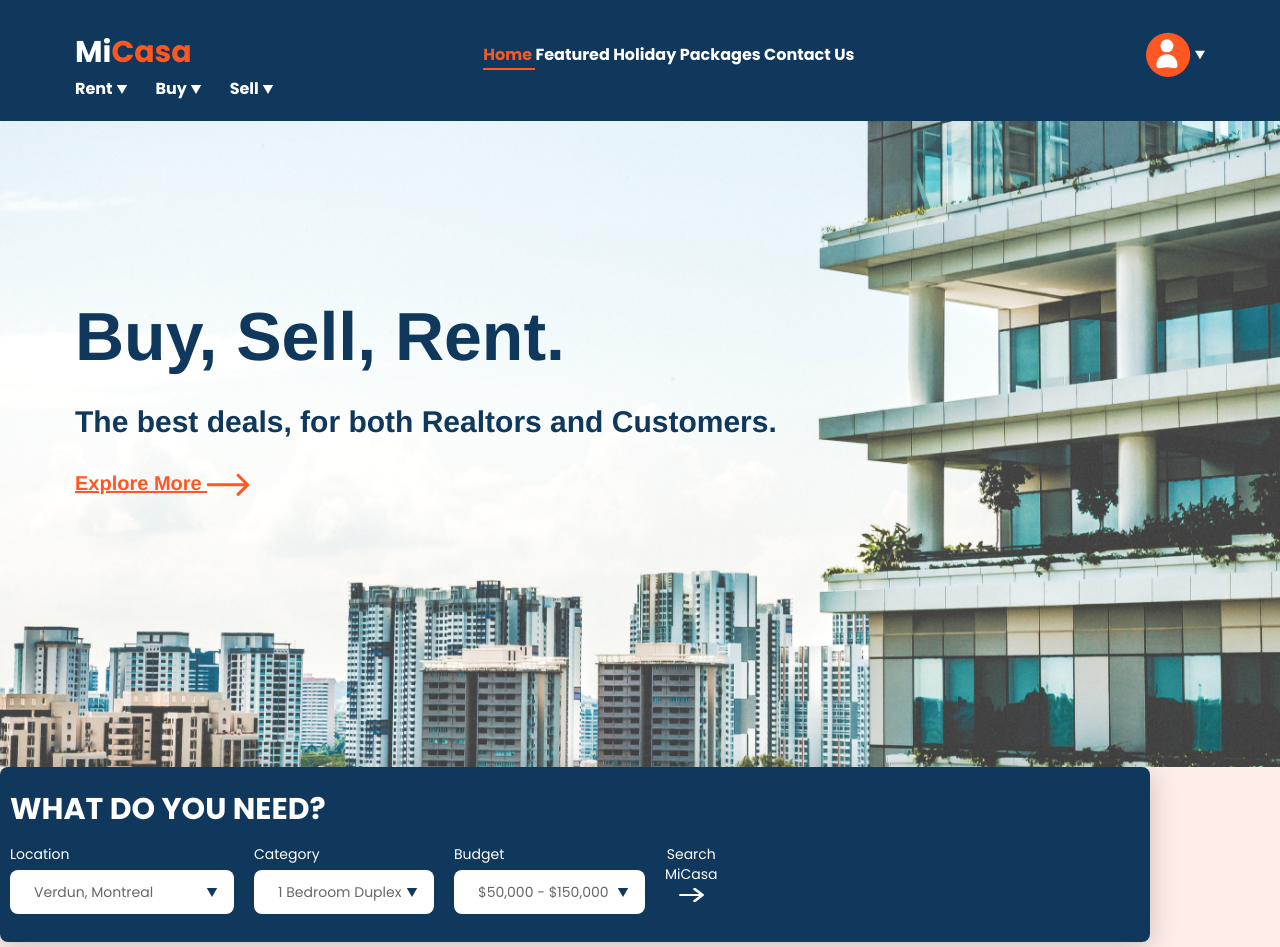
Repository: BenUnyolo/micasa-frontend
Page: index.html
An editor plug-in stored every save of this project. The page is shown before and after the next save, followed by the edit.
The browser window is 1280 px wide. The pictures show the whole page.

Above is the page before, as saved 2021-10-17 12:33:25.

### index.html
<!DOCTYPE html>
<html lang="en">
  <head>
    <meta charset="UTF-8" />
    <meta http-equiv="X-UA-Compatible" content="IE=edge" />
    <meta name="viewport" content="width=device-width, initial-scale=1.0" />
    <title>Document</title>
    <link rel="stylesheet" href="tailwind.css" />
  </head>
  <body>
    <!-- HEADER -->
    <header class="pt-8 pb-5 text-white bg-primary-600">
      <div class="inner-container">
        <!-- top row -->
        <div class="flex flex-row justify-between">
          <a
            href="/"
            class="inline-block text-3xl font-bold leading-10 font-poppins"
          >
            Mi<span class="text-secondary-600">Casa</span>
          </a>
          <nav class="flex items-center inline-block">
            <ul class="font-bold li-inline space-x-14 font-poppins">
              <li
                class="
                  text-secondary-600
                  border-b-2
                  pb-0.5
                  border-secondary-600
                "
              >
                <a href="/">Home</a>
              </li>
              <li><a href="#">Featured</a></li>
              <li><a href="#">Holiday Packages</a></li>
              <li><a href="#">Contact Us</a></li>
            </ul>
          </nav>
          <div class="flex flex-row items-center">
            <img src="assets/images/user_avatar.svg" alt="user avatar" />
            <svg
              width="14"
              height="12"
              viewBox="0 0 14 12"
              fill="none"
              xmlns="http://www.w3.org/2000/svg"
              class="pl-1"
            >
              <title>profile dropdown</title>
              <path d="M7 12L0.0717964 0H13.9282L7 12Z" fill="white" />
            </svg>
          </div>
        </div>
        <!-- bottom row -->
        <div>
          <ul class="space-x-6 font-bold li-inline font-poppins">
            <li>
              Rent
              <svg
                width="12"
                height="9"
                viewBox="0 0 12 9"
                fill="none"
                xmlns="http://www.w3.org/2000/svg"
                class="inline-block"
              >
                <path d="M6 9L0.803848 0H11.1962L6 9Z" fill="white" />
              </svg>
            </li>
            <li>
              Buy
              <svg
                width="12"
                height="9"
                viewBox="0 0 12 9"
                fill="none"
                xmlns="http://www.w3.org/2000/svg"
                class="inline-block"
              >
                <path d="M6 9L0.803848 0H11.1962L6 9Z" fill="white" />
              </svg>
            </li>
            <li>
              Sell
              <svg
                width="12"
                height="9"
                viewBox="0 0 12 9"
                fill="none"
                xmlns="http://www.w3.org/2000/svg"
                class="inline-block"
              >
                <path d="M6 9L0.803848 0H11.1962L6 9Z" fill="white" />
              </svg>
            </li>
          </ul>
        </div>
      </div>
    </header>
    <!-- HERO -->
    <div class="hero">
      <div class="flex inner-container">
        <div class="w-6/12">
          <h1 class="text-primary-600">Buy, Sell, Rent.</h1>
          <h2 class="mt-7.5 text-primary-600">
            The best deals, for both Realtors and Customers.
          </h2>
          <a
            href="#"
            class="
              inline-block
              mt-7.5
              text-secondary-600
              font-helvetica font-bold
              text-xl
              underline
            "
            >Explore More
            <svg
              width="43"
              height="23"
              viewBox="0 0 43 23"
              fill="none"
              xmlns="http://www.w3.org/2000/svg"
              class="inline-block"
            >
              <path
                d="M41.6936 12.9142C42.2794 12.3284 42.2794 11.3786 41.6936 10.7929L32.1477 1.24691C31.5619 0.661127 30.6122 0.661127 30.0264 1.24691C29.4406 1.8327 29.4406 2.78245 30.0264 3.36823L38.5117 11.8535L30.0264 20.3388C29.4406 20.9246 29.4406 21.8743 30.0264 22.4601C30.6122 23.0459 31.5619 23.0459 32.1477 22.4601L41.6936 12.9142ZM0.0714722 13.3535H40.633V10.3535H0.0714722V13.3535Z"
                fill="#FF5722"
              />
            </svg>
          </a>
        </div>
      </div>
    </div>
    <!-- SEARCH & HOW IT WORKS -->
    <div class="relative">
      <!-- what do you need -->
      <div
        class="absolute w-full pt-5 -mb-5 text-sm text-white rounded-lg  px-28 pb-7 font-poppins bg-primary-600 absolute-center inner-container -top-32"
        id="homepage-search"
      >
        <h3 class="leading-normal uppercase font-poppins">What do you need?</h3>
        <!-- search boxes -->
        <span class="inline-block w-full mt-3">
          <div class="flex flex-wrap -m-2.5">
            <!-- location -->
            <div class="w-1/3 p-2.5">
              <label for="location" class="block">Location</label>
              <select name="location" id="search-location">
                <option value="verdun-montreal">Verdun, Montreal</option>
                <option value="sthenri-montreal">Saint Henri, Montreal</option>
                <option value="littleburgundy-montreal">
                  Little Burgundy, Montreal
                </option>
              </select>
            </div>
            <!-- category -->
            <div class="w-1/3 p-2.5">
              <label for="category" class="block">Category</label>
              <select name="category" id="search-category">
                <option value="1br-duplex">1 Bedroom Duplex</option>
                <option value="2br-duplex">2 Bedroom Duplex</option>
                <option value="3br-duplex">3 Bedroom Duplex</option>
              </select>
            </div>
            <!-- category -->
            <div class="w-1/3 p-2.5">
              <label for="budget" class="block">Budget</label>
              <select name="budget" id="search-budget">
                <option value="50k-150k">$50,000 - $150,000</option>
                <option value="150k-250k">$150,001 - $250,000</option>
                <option value="250k-350k">$250,001 - $350,000</option>
              </select>
            </div>
            <!-- search button -->
            <div class="w-1/3 p-2.5 ml-auto">
              <div class="relative w-full">
                <button class="absolute btn">
                  Search MiCasa
                  <svg
                    width="25"
                    height="15"
                    viewBox="0 0 25 15"
                    fill="none"
                    xmlns="http://www.w3.org/2000/svg"
                    class="inline-block"
                  >
                    <path
                      d="M1.5625 8H20.0938L14.4219 12.36C14.2906 12.4611 14.1916 12.5778 14.1308 12.7034C14.0699 12.829 14.0483 12.961 14.0672 13.0919C14.1052 13.3564 14.3059 13.6003 14.625 13.77C14.9441 13.9397 15.3555 14.0214 15.7686 13.997C16.1818 13.9726 16.5629 13.8442 16.8281 13.64L24.6406 7.64C24.6932 7.59228 24.7402 7.54214 24.7812 7.49C24.7813 7.44 24.8594 7.41 24.8906 7.36C24.9614 7.24534 24.9985 7.12329 25 7C24.9985 6.87671 24.9614 6.75466 24.8906 6.64C24.8906 6.59 24.8125 6.56 24.7812 6.51C24.7402 6.45786 24.6932 6.40773 24.6406 6.36L16.8281 0.360002C16.6812 0.247119 16.4972 0.156339 16.2893 0.0941181C16.0814 0.0318971 15.8545 -0.000236672 15.625 1.91036e-06C15.2599 -0.000454603 14.9061 0.0809208 14.625 0.230002C14.4668 0.313951 14.336 0.417051 14.2401 0.533399C14.1443 0.649746 14.0852 0.777054 14.0663 0.908031C14.0475 1.03901 14.0692 1.17108 14.1302 1.29668C14.1912 1.42229 14.2903 1.53895 14.4219 1.64L20.0938 6H1.5625C1.1481 6 0.750672 6.10536 0.457646 6.2929C0.16462 6.48043 0 6.73479 0 7C0 7.26522 0.16462 7.51957 0.457646 7.70711C0.750672 7.89464 1.1481 8 1.5625 8Z"
                      fill="white"
                    />
                  </svg>
                </button>
              </div>
            </div>
          </div>
        </span>
      </div>
      <!-- how it works -->
      <div class="bg-secondary-600 bg-opacity-10 pt-28">
        <div class="inner-container">
          <h3 class="text-center">How It Works</h3>
          <br />
          <br />
          <br />
          <br />
          <br />
          <br />
        </div>
      </div>
    </div>
  </body>
</html>

Loaded but not shown: tailwind.css (library)

After the next save:
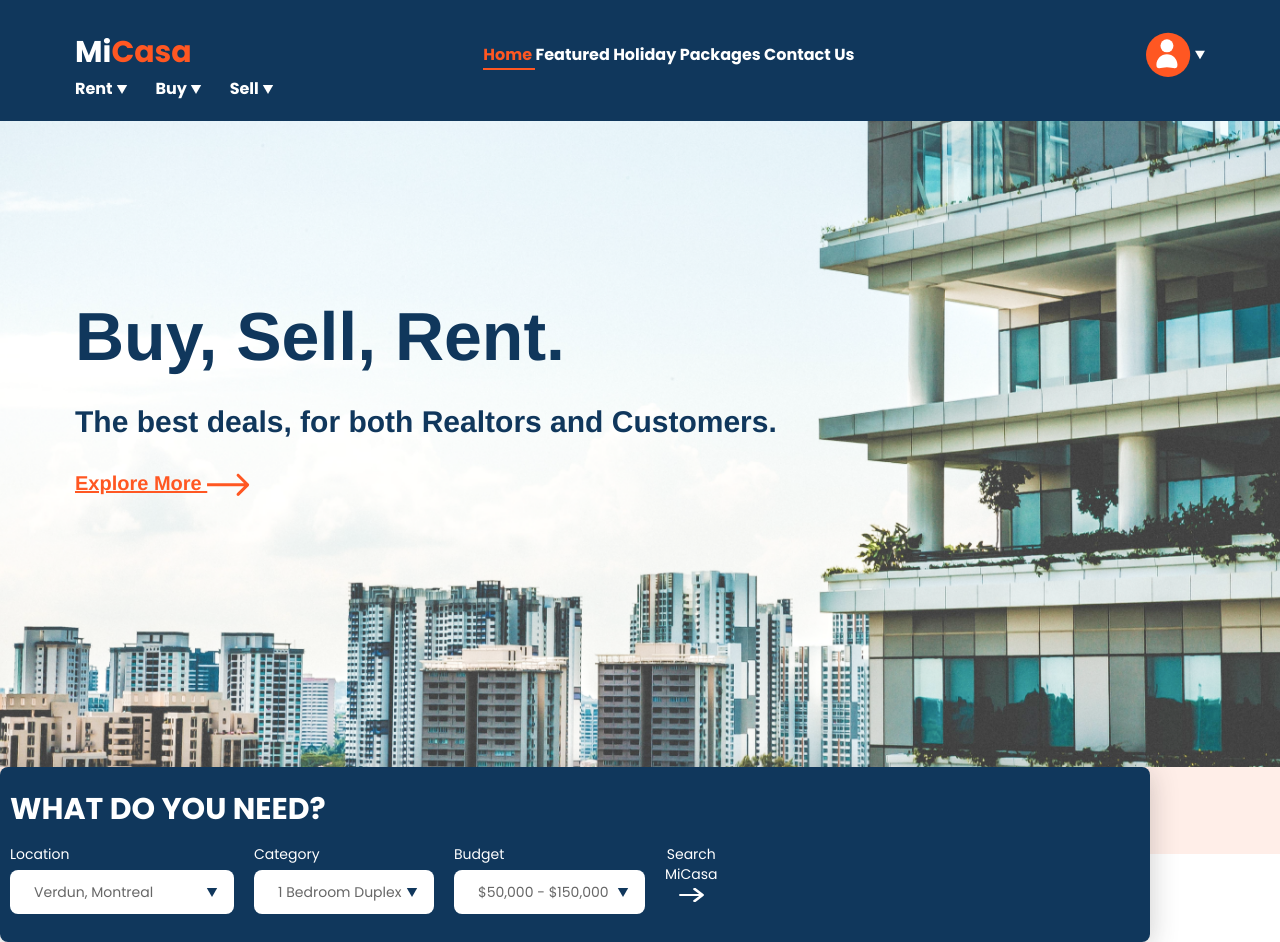
Saved 10 min 44 s later.
--- a/index.html
+++ b/index.html
@@ -201,12 +201,12 @@
       <div class="bg-secondary-600 bg-opacity-10 pt-28">
         <div class="inner-container">
           <h3 class="text-center">How It Works</h3>
-          <br />
-          <br />
-          <br />
-          <br />
-          <br />
-          <br />
+          <div class="flex">
+            <!-- find a listing -->
+            <div class="flex w-1/3">
+              <div><img src="assets/images/find_listing.png" alt="" /></div>
+            </div>
+          </div>
         </div>
       </div>
     </div>
